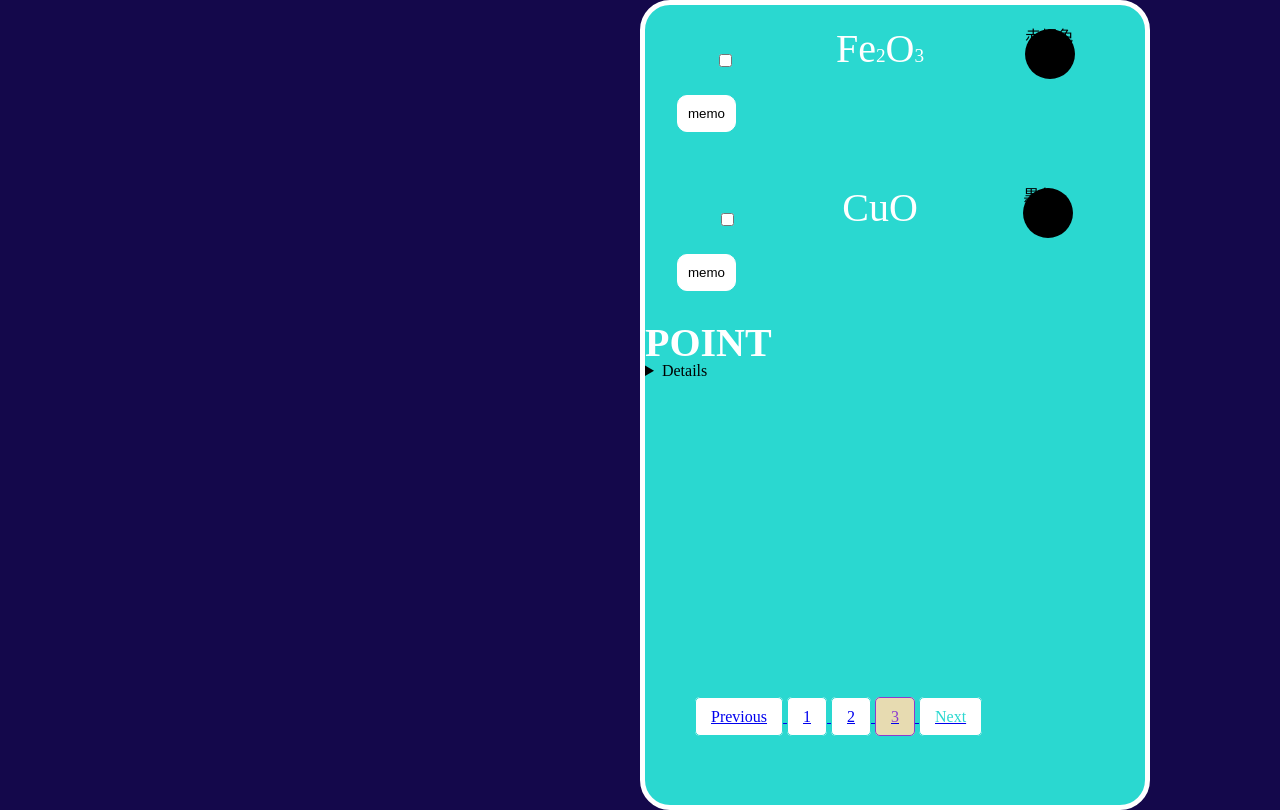
Repository: 1000sky/Inorganic_chemistry_application
Page: http://localhost/index6
An editor plug-in stored every save of this project. The page is shown before and after the next save, followed by the edit.
The browser window is 1280 px wide. The pictures show the whole page.
The page is served by the project's Laravel application, run on PHP 8.4 with Laravel 8. Other server files are loaded and not shown.

Above is the page before, as saved 2022-07-16 16:03:47.

### application/routes/web.php
<?php

use Illuminate\Support\Facades\Route;

/*
|--------------------------------------------------------------------------
| Web Routes
|--------------------------------------------------------------------------
|
| Here is where you can register web routes for your application. These
| routes are loaded by the RouteServiceProvider within a group which
| contains the "web" middleware group. Now create something great!
|
*/

Route::get('/home', function () {
    return view('welcome');
});

Route::get('/dashboard', function () {
    return view('dashboard');
})->middleware(['auth'])->name('dashboard');

require __DIR__.'/auth.php';



Route::get('/', function () {
    return view('index');
});

Route::get('/start', function () {
    return view('start');
})->middleware('auth');

Route::get('/explanation', function () {
    return view('explanation');
});

Route::get('/index2', function () {
    return view('index2');
});

Route::get('/index3', function () {
    return view('index3');
});

Route::get('/index4', function () {
    return view('index4');
});

Route::get('/index5', function () {
    return view('index5');
});

Route::get('/index6', function () {
    return view('index6');
});

Route::get('/index7', function () {
    return view('index7');
});

### application/resources/views/index6.blade.php
<!DOCTYPE html>
<html lang="ja">
<head>
    <meta charset="UTF-8">
    <meta name="viewport" content="width=device-width, initial-scale=1.0">
    <meta http-equiv="X-UA-Compatible" content="ie=edge">
    <title>Inorganic_chemistry_application</title>
    <link rel="stylesheet" href="css/reset.css" >
    <link rel="stylesheet" href="css/index.css" />

    <script language="JavaScript"><!--
      function setTF(fObj,vType)
      {
        fObj.style.visibility = vType;
      }
       --></script>
</head>
<body>
    <div class=card>
 {{-- 修正まだ --}}
        <div class=memorize>
          <input type="checkbox" class=checkbox name="">
          <div class=Chemical-formula>Fe<span>2</span>O<span>3</span></div>
          <div class=circle>赤褐色</div>
        </div>
        <form>
          <input type="button" class=button name="" value="memo" onClick="setTF(this.form.text1,'visible')">
          <input type="text" name="text1" style="visibility:hidden"><br>
        </form>
        <br>
        <br>


        <div class=memorize>
          <input type="checkbox" class=checkbox name="">
          <div class=Chemical-formula>CuO</div>
          <div class=circle>黒色</div>

        </div>
        <form>
          <input type="button" class=button name="" value="memo" onClick="setTF(this.form.text1,'visible')">
          <input type="text" name="text1" style="visibility:hidden"><br>
        </form>
        <br>
        <br>





      <div>
        <h3 class=point>POINT</h3>
       <details>

       </details>


     </div>



     <ul class="page">
       <li><a href="/index2">Previous</li>
       <li><a href="/">1</li>
       <li><a href="/index2">2</li>
       <li class="this">3</li>
       <li>Next</li>
       </ul>

     </div>


    </div>

</body>

### application/public/css/index.css
body {
    background-color: rgb(20, 8, 75);
}

.card {
  position: relative;
  top: 50%;
  left: 50%;
  width: 500px;
  height: 800px;

  background-color: rgb(42, 216, 208);
  border: solid 5px white;
  border-radius: 30px;
}
.checkbox{
    margin-top: 1rem;

}
.memorize{
  padding: 1.5rem 1.2rem 0;
  display: flex;
  justify-content: space-around;
}

.Chemical-formula {
    color: white;
    font-size: 2.5rem;
}

.circle{
  width: 50px;
  height: 50px;
  background: black;
  border-radius: 50%;

}
.circle:hover{
    background-color: white;

}

.button{

    margin: 1rem 0 0 2rem;
    border-radius: 10px;
    border: solid 1px white;
    background-color: white;
    padding: 10px;
}

span {
  font-size: 1.2rem;
}

.point {
   color: white;

  font-size: 2.5rem;
}



.page{
  margin: 0 auto;
  position: absolute;
  left:10%;
  bottom: 10%;




}

.page li{
  display: inline;
  padding:10px 15px;
  border:solid 1px ;
  border-radius: 5px ;
  color: rgb(42, 216, 208);
  background-color: white;
  text-decoration: none;

}



.page li a:hover {
  background-color: rgb(255, 231, 51);
  text-decoration: none;
}



.page .this {
  background-color:rgb(231, 219, 177);
  color:rgb(140, 59, 206);
  text-decoration: none;
}

#point {

  margin: 0 auto;
  cursor: pointer;
  width: 450px;
  text-align: center;
  border: 1px solid white;
  border-radius: 5px ;
}

#point-text {


  color: white;
}

Loaded but not shown: application/routes/auth.php (common file); application/public/css/reset.css (common file)

After the next save:
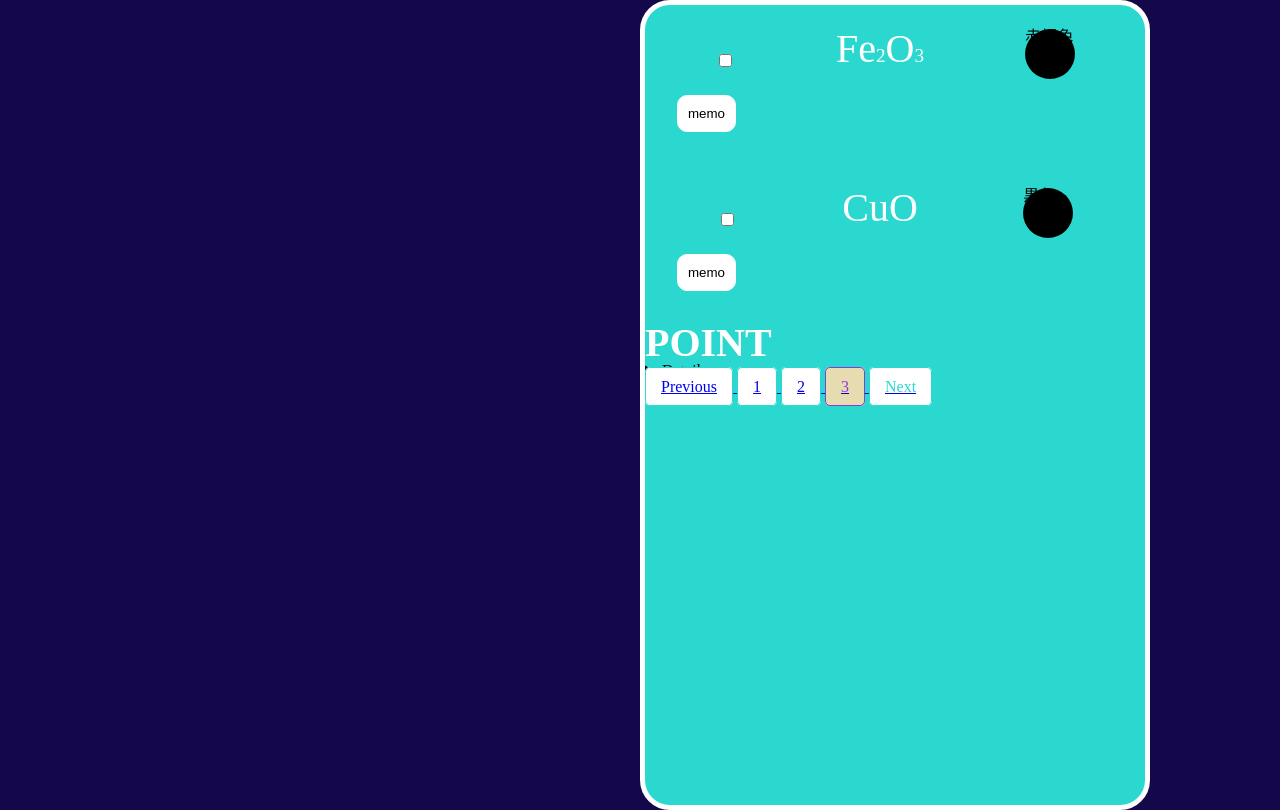
Saved 18 s later.
--- a/application/public/css/index.css
+++ b/application/public/css/index.css
@@ -63,9 +63,9 @@
 
 .page{
   margin: 0 auto;
-  position: absolute;
+  /*position: absolute;
   left:10%;
-  bottom: 10%;
+  bottom: 10%;*/
 
 
 

After the save that followed:
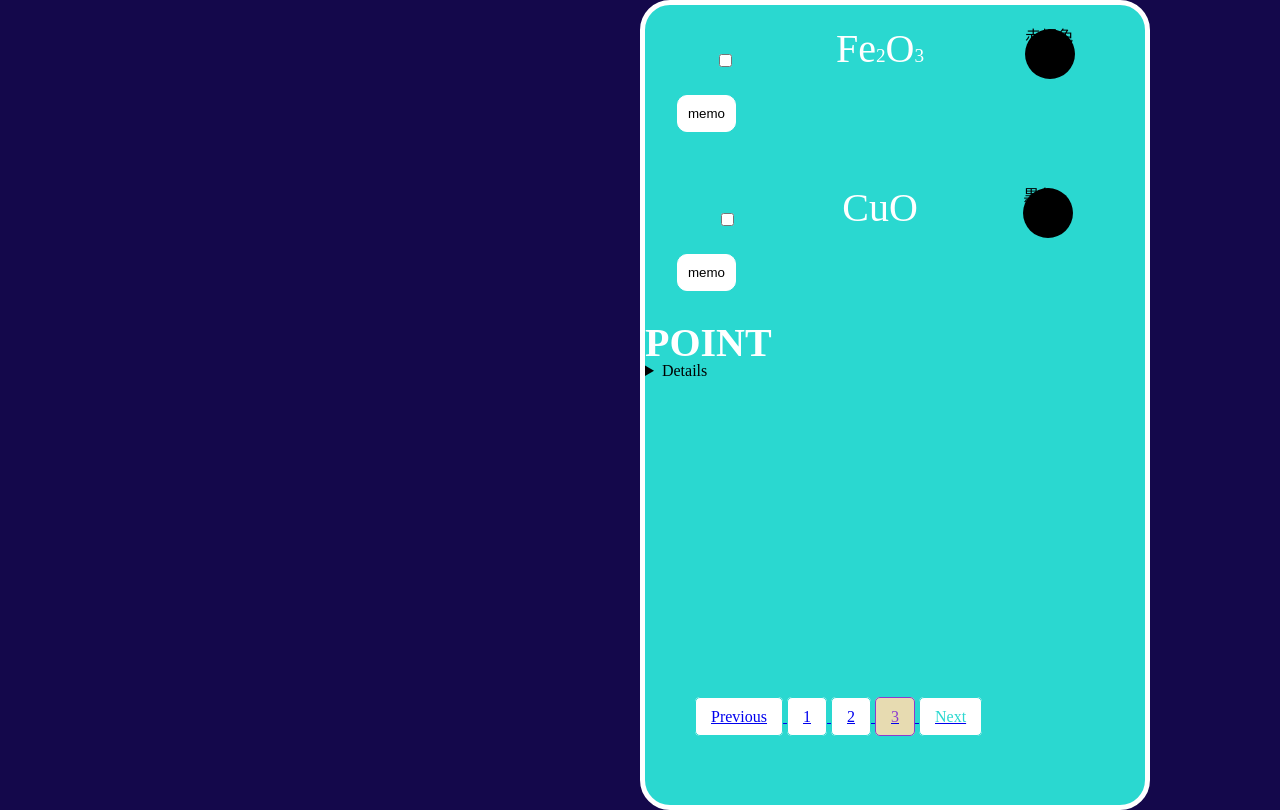
Saved 19 s later.
--- a/application/public/css/index.css
+++ b/application/public/css/index.css
@@ -62,10 +62,10 @@
 
 
 .page{
-  margin: 0 auto;
-  /*position: absolute;
+
+  position: absolute;
   left:10%;
-  bottom: 10%;*/
+  bottom: 10%;
 
 
 
